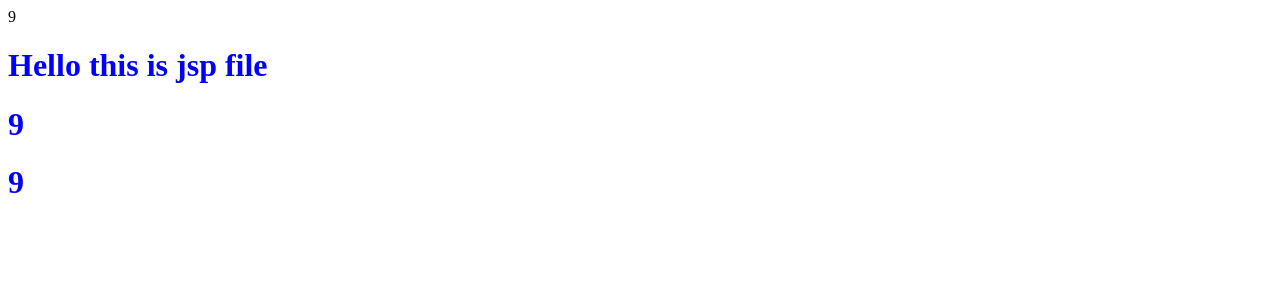
Repository: Suknaina/Repo
Page: http://localhost/jsp_demo/Sample.jsp
The author's editor kept a copy of each file at every save. The page is drawn from the files as they stood at one save, then again after the next save.
The browser window is 1280 px wide. The pictures show the whole page.
The page is served by Tomcat 9.

Above is the page before, as saved 2023-05-19 05:24:29.

After the next save:
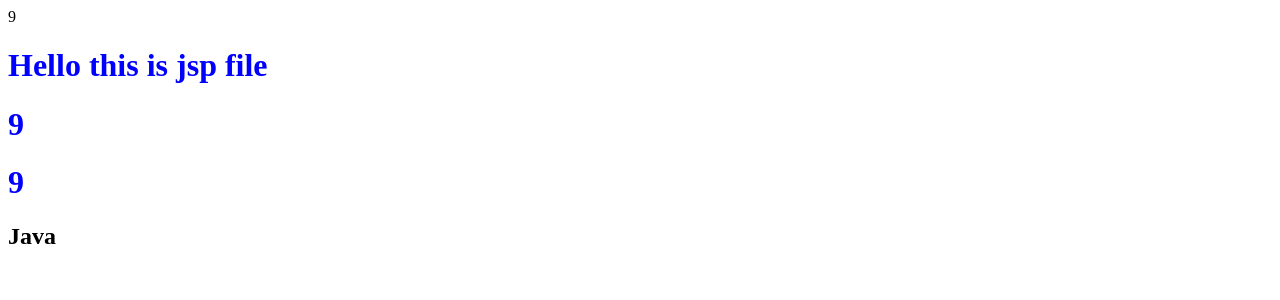
Saved 44 s later.
--- a/jsp_demo/src/main/webapp/Sample.jsp
+++ b/jsp_demo/src/main/webapp/Sample.jsp
@@ -33,5 +33,8 @@ void add()
 <h1><%out.print(a); %></h1>
 <h1><%=a %></h1>
 
+<%String q="Java"; %>
+<h2><%=q %></h2>
+
 </body>
 </html>
